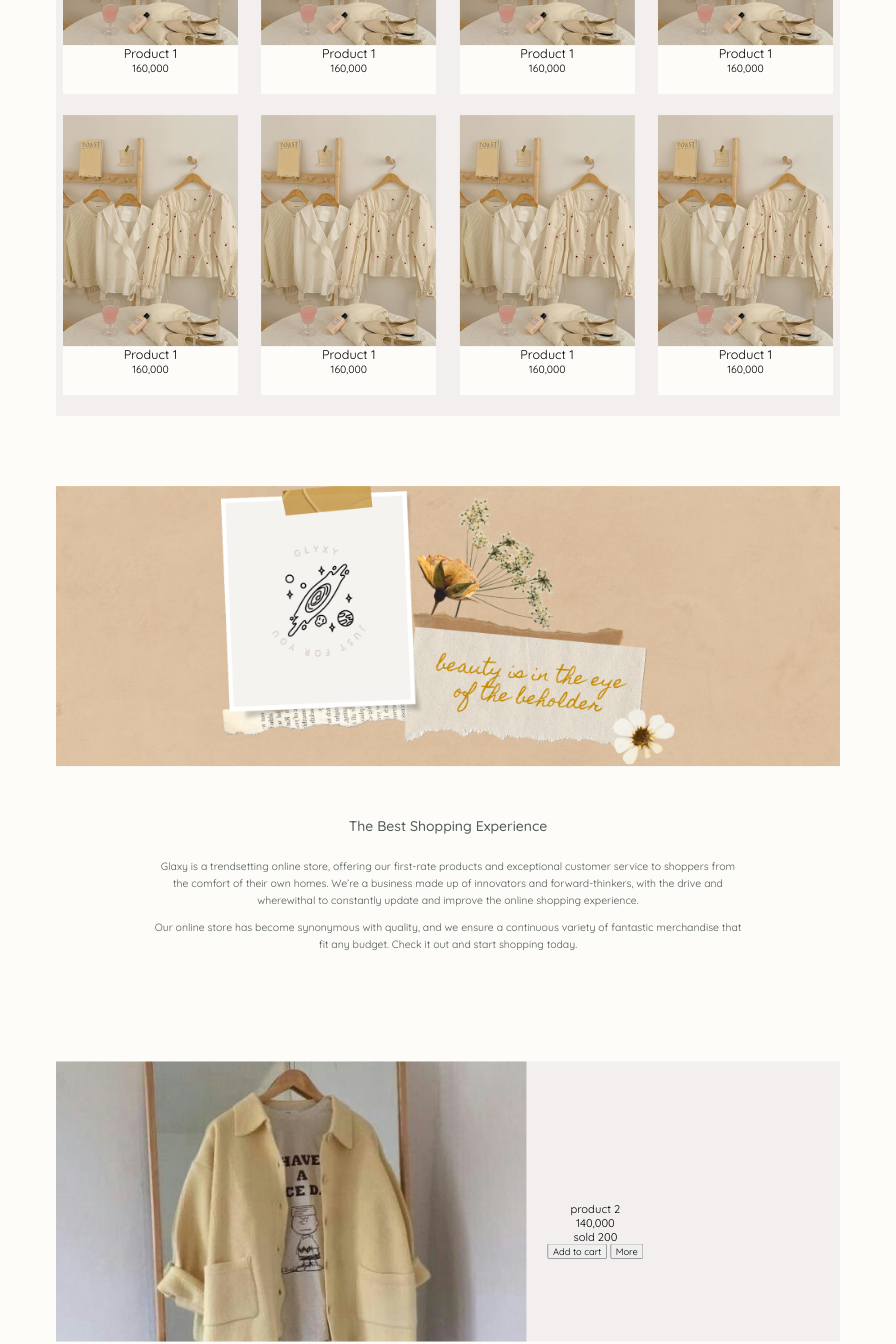
Repository: nganha241/store
Page: index.html
These files come from the project's save history. The page is drawn as it stood at one moment and after the next save; the edit follows.
The browser window is 1280 px wide. The pictures show the part of the page from y = 1799 to 3719 px (the page is 3719 px tall), at 70% of full size.
Some web libraries are served in a nearby version.

Above is the page before, as saved 2022-04-17 09:10:06.

### index.html
<!DOCTYPE html>
<html lang="en">
  <head>
    <meta charset="UTF-8" />
    <meta http-equiv="X-UA-Compatible" content="IE=edge" />
    <meta name="viewport" content="width=device-width, initial-scale=1.0" />
    <title>Document</title>
    <link rel="stylesheet" href="style.css" />
  </head>
  <body>
    <div class="header">
      <div class="tools">
        <div class="notification">
          <i class="fa-solid fa-bell"></i>
        </div>
        <div class="account">
          <i class="fa-solid fa-circle-user"></i>
          <span><i class="fa-solid fa-angle-down"></i></span>
        </div>
        <div class="cart">
          <i class="fa-solid fa-bag-shopping"></i>
        </div>
      </div>
      <hr />
      <nav>
        <div class="logo"><a href="#">Glyxy</a></div>
        <ul class="menu">
          <li><a href="#">Home</a></li>
          <li><a href="#">New Collection</a></li>
          <li><a href="#">Shop</a></li>
          <li><a href="#">About Us</a></li>
          <li><a href="#">Support</a></li>
        </ul>
      </nav>
      <div class="banner">
        <div class="slogan">
          <h4>One-of-a-Kind Items</h4>
          <p>Easy, Fun Shopping</p>
        </div>
        <div class="img-banner">
          <img src="./img/banner.jpg" alt="" />
        </div>
      </div>
    </div>
    <div class="section">
      <div class="into-title">
        <h1>Welcome</h1>
      </div>
      <div class="intro">
        <div class="intro-card">
          <div class="intro-img">
            <img src="./img/intro/i1.jpg" alt="" />
          </div>
        </div>
        <div class="intro-card">
          <div class="intro-img">
            <img src="./img/intro/i2.jpg" alt="" />
          </div>
        </div>
        <div class="intro-card">
          <div class="intro-img">
            <img src="./img/intro/i3.jpg" alt="" />
          </div>
        </div>
        <div class="intro-card">
          <div class="intro-img">
            <img src="./img/intro/i4.jpg" alt="" />
          </div>
        </div>
        <div class="intro-card">
          <div class="intro-img">
            <img src="./img/intro/i5.jpg" alt="" />
          </div>
        </div>
      </div>
      <div class="pro-title">
        <h2><a href="#">Products >></a></h2>
      </div>
      <div class="products">
        <div class="card">
          <div class="pro-img">
            <img src="./img/products/p1.jpg" alt="" />
          </div>
          <div class="pro-name">Product 1</div>
          <div class="pro-price">160,000</div>
          <div class="add-cart">
            <button>Add to cart</button>
          </div>
        </div>
        <div class="card">
          <div class="pro-img">
            <img src="./img/products/p1.jpg" alt="" />
          </div>
          <div class="pro-name">Product 1</div>
          <div class="pro-price">160,000</div>
          <div class="add-cart">
            <button>Add to cart</button>
          </div>
        </div>
        <div class="card">
          <div class="pro-img">
            <img src="./img/products/p1.jpg" alt="" />
          </div>
          <div class="pro-name">Product 1</div>
          <div class="pro-price">160,000</div>
          <div class="add-cart">
            <button>Add to cart</button>
          </div>
        </div>
        <div class="card">
          <div class="pro-img">
            <img src="./img/products/p1.jpg" alt="" />
          </div>
          <div class="pro-name">Product 1</div>
          <div class="pro-price">160,000</div>
          <div class="add-cart">
            <button>Add to cart</button>
          </div>
        </div>
        <div class="card">
          <div class="pro-img">
            <img src="./img/products/p1.jpg" alt="" />
          </div>
          <div class="pro-name">Product 1</div>
          <div class="pro-price">160,000</div>
          <div class="add-cart">
            <button>Add to cart</button>
          </div>
        </div>
        <div class="card">
          <div class="pro-img">
            <img src="./img/products/p1.jpg" alt="" />
          </div>
          <div class="pro-name">Product 1</div>
          <div class="pro-price">160,000</div>
          <div class="add-cart">
            <button>Add to cart</button>
          </div>
        </div>
        <div class="card">
          <div class="pro-img">
            <img src="./img/products/p1.jpg" alt="" />
          </div>
          <div class="pro-name">Product 1</div>
          <div class="pro-price">160,000</div>
          <div class="add-cart">
            <button>Add to cart</button>
          </div>
        </div>
        <div class="card">
          <div class="pro-img">
            <img src="./img/products/p1.jpg" alt="" />
          </div>
          <div class="pro-name">Product 1</div>
          <div class="pro-price">160,000</div>
          <div class="add-cart">
            <button>Add to cart</button>
          </div>
        </div>
      </div>
      <div class="about-us">
        <div class="about-img">
          <img src="./img/about/about.png" alt="" />
        </div>
        <div class="about-text">
          <h5>The Best Shopping Experience</h5>
          <p>
            Glaxy is a trendsetting online store, offering our first-rate
            products and exceptional customer service to shoppers from the
            comfort of their own homes. We’re a business made up of innovators
            and forward-thinkers, with the drive and wherewithal to constantly
            update and improve the online shopping experience.
          </p>
          <p>
            Our online store has become synonymous with quality, and we ensure a
            continuous variety of fantastic merchandise that fit any budget.
            Check it out and start shopping today.
          </p>
        </div>
      </div>
      <div class="featured">
        <div class="slider">
          <div class="featured-img">
            <img src="./img/products/p2.jpg" alt="" />
          </div>
          <div class="featured-more">
            <div class="featured-name">product 2</div>
            <div class="featured-price">140,000</div>
            <div class="featured-sold">sold <span>200</span></div>
            <div class="featured-choose">
              <button class="add">Add to cart</button>
              <button class="more">More</button>
            </div>
          </div>
        </div>
      </div>
      <div class="support"></div>
    </div>
    <div class="footer">
      <!-- <div class="coppyright">
        <i class="fa fa-copyright" aria-hidden="true"></i>
        <span>2022 by NganHa</span>
      </div> -->
    </div>

    <script
      src="https://kit.fontawesome.com/ae971d7ee0.js"
      crossorigin="anonymous"
    ></script>
    <script src="./main.js"></script>
  </body>
</html>

### style.css
@import url('https://fonts.googleapis.com/css2?family=Quicksand:wght@300;400;500;600;700&family=Space+Grotesk:wght@300;400&display=swap');

* {
    font-family: 'Quicksand', sans-serif;
    box-sizing: border-box;
}

body {
    background: #fdfcf9;
    position: relative;
    height: auto;
    padding: 0;
    margin: 0;
}

a {
    text-decoration: none;
}

li {
    list-style: none;
}

.header {
    padding: 40px 80px;
}

.header .tools {
    display: flex;
    justify-content: flex-end;
    gap: 15px;
}

.header .tools .notification,
.header .tools .account,
.header .tools .cart {
    cursor: pointer;
}

.header .tools .fa-solid {
    font-size: 22px;
    color: #ae582d;
}

.header .tools .account span .fa-solid{
    font-size: 18px;
    color: #111;
    margin-left: 10px;
    margin-right: 15px;
}

.header .tools .account:hover .fa-solid{
    color: #ae582d;
}

.header hr {
    background: #48503c;
}

.header nav {
    display: flex;
    width: 100%;
}

.header nav .logo {
    width: 50%;
    padding-top: 20px;
}

.header nav .logo a{
    font-family: 'Space Grotesk', sans-serif;
    font-size: 30px;
    color: #48503c;
    font-weight: 100;

}

.header nav .logo a:hover {
    color: #111;
}

.header nav .menu {
    display: flex;
    gap: 15px;
    padding-top: 7px;
    justify-content: flex-end;
    width: 50%;
}

.header nav .menu li {
    float: left;
}

.header nav .menu li a {
    display: block;
    padding: 6px 0px 0px 15px;
    color: #48503c;
}

.header nav .menu li:hover a {
    color: #111;
}

.header .banner {
    width: 100%;
    height: 700px;
    display: flex;
    align-items: center;
    margin-top: 30px;
    position: relative;
}

.header .banner .slogan {
    width: 50%;
    padding-left: 60px;
    padding-right: 20px;
}

.header .banner .slogan h4 {
    color: #ae582d;
    font-family: 'Space Grotesk', sans-serif;
    font-size: 60px;
    font-weight: 200;
}

.header .banner .slogan p {
    font-size: 20px;
    color: #515a54;
    margin-top: -50px;
}

.header .banner .img-banner{
    width: 50%;
    height: 100%;
}

.header .banner .img-banner img {
    width: 100%;
    height: 100%;
    object-fit: cover;
}

.section {
    height: auto;
    margin-top: 100px;
    padding: 0 80px;
}

.section .into-title {
    margin-top: 100px;
    text-align: center;
}

.section .into-title h1 {
    font-family: 'Space Grotesk', sans-serif;
    font-size: 50px;
}

.section .intro {
    display: flex;
    flex-wrap: wrap;
    justify-content: space-between;
    margin-bottom: 100px;
    margin-top: 80px;
    gap: 10px;
}

.section .intro .intro-card .intro-img {
    width: 200px;
    height: 200px;
}

.section .intro .intro-card .intro-img img {
    width: 100%;
    height: 100%;
    border-radius: 50%;
}

.section .pro-title{
    height: auto;
    width: 200px;
    background: #f4e9c7;
    text-align: center;
    margin-bottom: -15px;
}

.section .pro-title h2 a{
    font-size: 30px;
    color: #48503c;
    font-weight: 200;
}

.section .products {
    display: flex;
    flex-wrap: wrap;
    justify-content: space-between;
    row-gap: 30px;
    padding: 30px 10px;
    background: rgb(244, 239, 239);
}

.section .products .card {
    width: 250px;
    height: 400px;
    background: #fdfcf9;
    text-align: center;
    cursor: pointer;
    transition: 0.4s;
    position: relative;
}

.section .products .card:hover {
    transform: scale(1.1 , 1.1);
    background: rgba(255, 255, 255, 0.4);

}

.section .products .card .pro-img {
    height: 330px;
}

.section .products .card .pro-img img{
    width: 100%;
    height: 100%;
    object-fit: cover;
}

.section .products .card .pro-name {
    font-size: 18px;
}

.section .products .card .pro-price {
    font-size: 15px;
}

.section .products .card .add-cart {
    margin-top: -220px;

}

.section .products .card .add-cart button{
    opacity: 0;
    height: 40px;
    background: #ae582d;
    border: 0;
    cursor: pointer;
    transition: 0.4s;
    color: #fff;
}

.section .products .card:hover .add-cart button {
    transition: 0.4s;
    opacity: 1;
}

.section .products .card .add-cart button:hover {
    transform: scale(1.1);
}

.about-us {
    margin-top: 100px;
}

.about-img {
    height: 400px;
}

.about-img img{
    width: 100%;
    height: 100%;
    object-fit: cover;
}

.about-us .about-text {
    padding: 40px 140px;
    text-align: center;
    color: #515a54;
}

.about-us .about-text h5 {
    font-size: 20px;
    font-weight: 500;
}

.about-us .about-text p {
    line-height: 1.6;
    font-size: 15px;
}

.section .featured {
    height: auto;
    margin-top: 100px;
    background: rgb(244, 239, 239);
}

.section .featured .slider {
    height: 400px;
    display: flex;
    gap: 30px;
}

.section .featured .slider .featured-img {
    width: 60%;
}

.section .featured .slider .featured-img img{
    height: 100%;
    width: 100%;
    object-fit: cover;
}

.section .featured .slider .featured-more {
    text-align: center;
    padding-top: 200px;
}

/* .footer {
    width: auto;
    height: 200px;
    background: rgb(244, 239, 239);
    text-align: center;

}

.footer .coppyright {
    padding-top: -200px;
} */

### main.js
const banners = document.querySelectorAll(".img-banner .image img");
const slider = document.querySelector(".slider img");

let countIndex = 0;
let currentIndex;

// setInterval(
//   banners.forEach((banner, index) => {
//     currentIndex = countIndex;
//     countIndex = index;
//     console.log(currentIndex);
//     console.log(countIndex);
//     slider.src = banner.src;
//   }),
//   1000
// );

banners.forEach((banner) => {
  currentIndex = countIndex;
  countIndex++;
  console.log(currentIndex);
  console.log(countIndex);
  slider.src = banner.src;
});

After the next save:
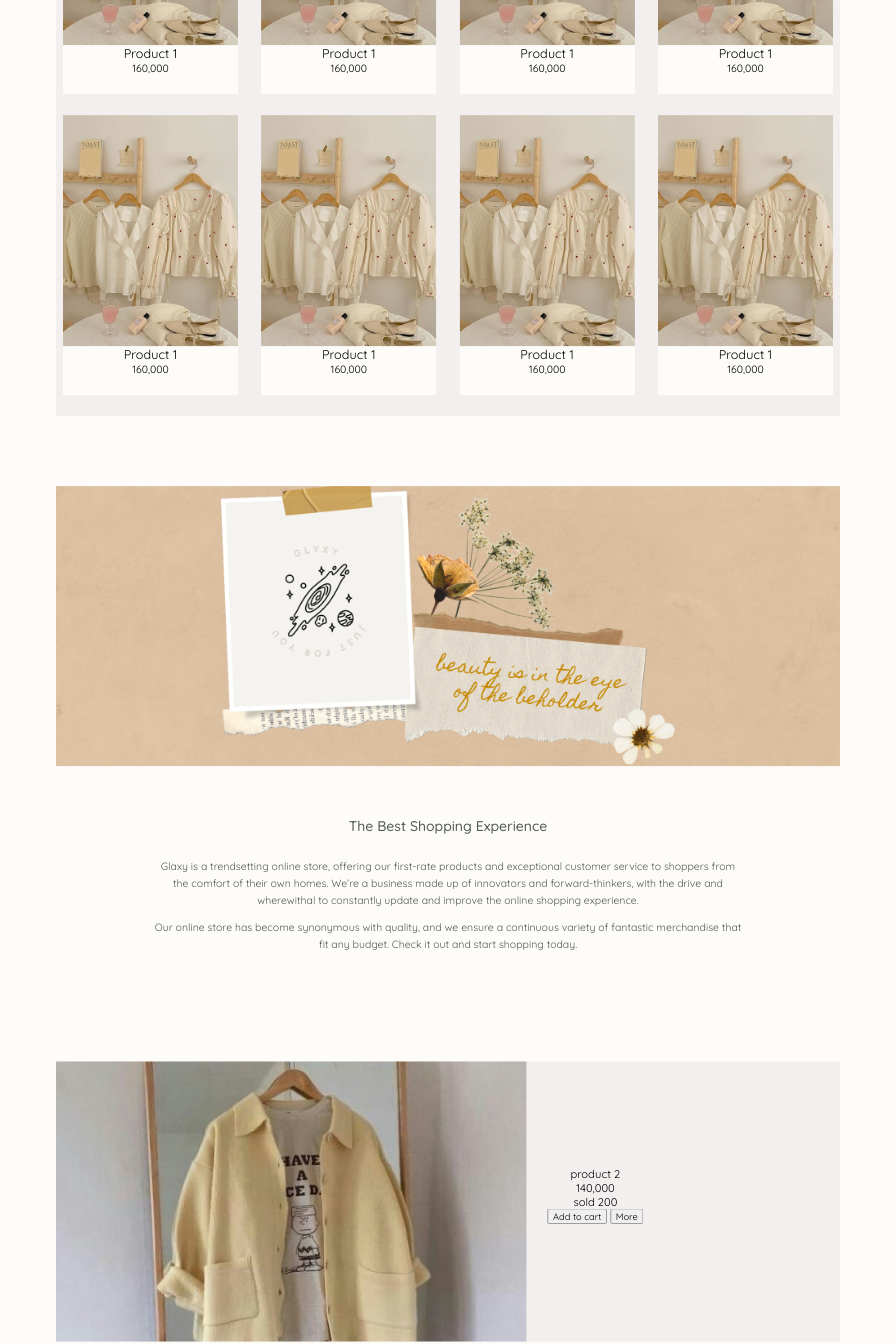
Saved 12 s later.
--- a/style.css
+++ b/style.css
@@ -311,7 +311,7 @@ li {
 
 .section .featured .slider .featured-more {
     text-align: center;
-    padding-top: 200px;
+    padding-top: 150px;
 }
 
 /* .footer {
